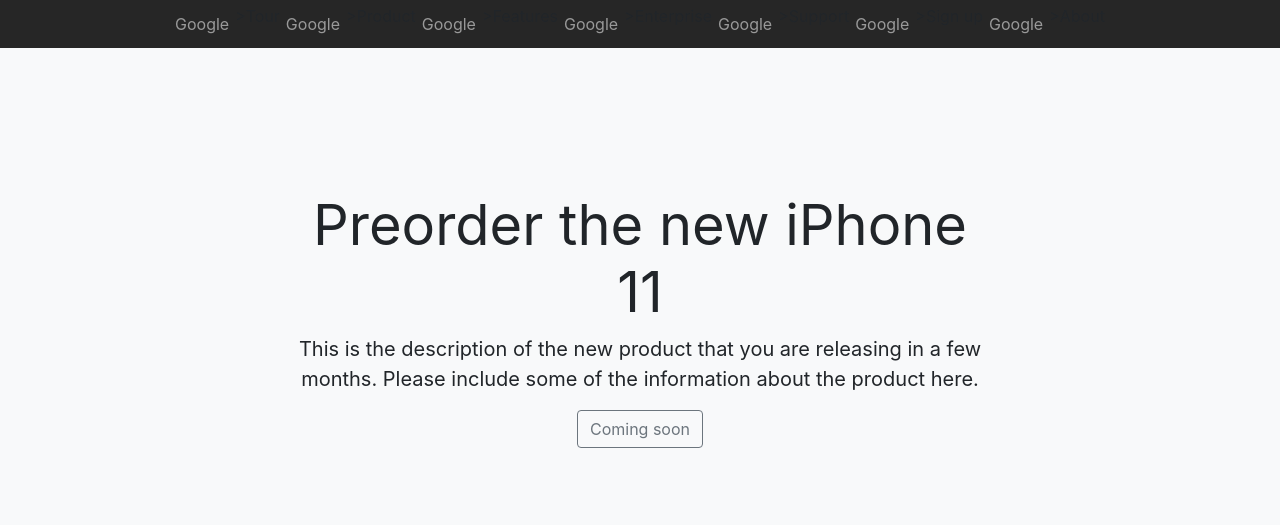
Repository: erickcintora/ErickCintoraWebsite
Page: LearnCS8-Twilio/index.html
The author's editor kept a record of every edit. The page is drawn from the files as they stood at one moment, then again after the next edit.
The browser window is 1280 px wide. The pictures show the whole page.

Above is the page before.

### LearnCS8-Twilio/index.html
<!doctype html>
<html lang="en">
  <head>
    <!-- Required meta tags -->
    <meta charset="utf-8">
    <meta name="viewport" content="width=device-width, initial-scale=1, shrink-to-fit=no">
    <meta name="description" content="Classic Style Electric Guitar">
    <meta name="author" content="862181007">

    <!-- Bootstrap CSS -->
    <link rel="stylesheet" href="https://stackpath.bootstrapcdn.com/bootstrap/4.5.2/css/bootstrap.min.css" integrity="sha384-JcKb8q3iqJ61gNV9KGb8thSsNjpSL0n8PARn9HuZOnIxN0hoP+VmmDGMN5t9UJ0Z" crossorigin="anonymous">

    <!-- Title of your Website -->
    <title>Fender Classic Vibe Telecaster</title>
    <link href="product.css" rel="stylesheet">
  </head>
  <body>
    <nav class="site-header sticky-top py-1">
    <!-- Top Menu Bar -->
    <div class="container d-flex flex-column flex-md-row justify-content-between">
        <a class="py-2 d-none d-md-inline-block" id="menu-item-1" href="https://google.com" target="_blank">Google</a>>Tour</a>
        <a class="py-2 d-none d-md-inline-block" id="menu-item-2" href="https://google.com" target="_blank">Google</a>>Product</a>
        <a class="py-2 d-none d-md-inline-block" id="menu-item-3" href="https://google.com" target="_blank">Google</a>>Features</a>
        <a class="py-2 d-none d-md-inline-block" id="menu-item-4" href="https://google.com" target="_blank">Google</a>>Enterprise</a>
        <a class="py-2 d-none d-md-inline-block" id="menu-item-5" href="https://google.com" target="_blank">Google</a>>Support</a>
        <a class="py-2 d-none d-md-inline-block" id="menu-item-6" href="https://google.com" target="_blank">Google</a>>Sign up</a>
        <a class="py-2 d-none d-md-inline-block" id="menu-item-7" href="https://google.com" target="_blank">Google</a>>About</a>
    </div>
</nav>
<!-- Main Header Section h1-->
<div class="position-relative overflow-hidden p-3 p-md-5 m-md-0 text-center bg-light">
    <div class="col-md-8 p-lg-5 mx-auto my-5">
        <h1 class="display-4 font-weight-normal">Preorder the new iPhone 11</h1>
        <p class="lead font-weight-normal">This is the description of the new product that you are releasing in a few months. Please include some of the information about the product here.</p>
        <a class="btn btn-outline-secondary" href="#">Coming soon</a>
    </div>
</div>
  </body>
</html>

### LearnCS8-Twilio/product.css
.container {
  max-width: 960px;
}

/*
 * Custom translucent site header
 */

.site-header {
  background-color: rgba(0, 0, 0, .85);
  -webkit-backdrop-filter: saturate(180%) blur(20px);
  backdrop-filter: saturate(180%) blur(20px);
}
.site-header a {
  color: #999;
  transition: ease-in-out color .15s;
}
.site-header a:hover {
  color: #fff;
  text-decoration: none;
}

/*
 * Dummy devices (replace them with your own or something else entirely!)
 */

.product-device {
  position: absolute;
  right: 10%;
  bottom: -30%;
  width: 300px;
  height: 540px;
  background-color: #333;
  border-radius: 21px;
  -webkit-transform: rotate(30deg);
  transform: rotate(30deg);
}

.product-device::before {
  position: absolute;
  top: 10%;
  right: 10px;
  bottom: 10%;
  left: 10px;
  content: "";
  background-color: rgba(255, 255, 255, .1);
  border-radius: 5px;
}

.product-device-2 {
  top: -25%;
  right: auto;
  bottom: 0;
  left: 5%;
  background-color: #e5e5e5;
}


/*
 * Extra utilities
 */

.flex-equal > * {
  -ms-flex: 1;
  flex: 1;
}
@media (min-width: 768px) {
  .flex-md-equal > * {
    -ms-flex: 1;
    flex: 1;
  }
}

.overflow-hidden { overflow: hidden; }

After the next edit:
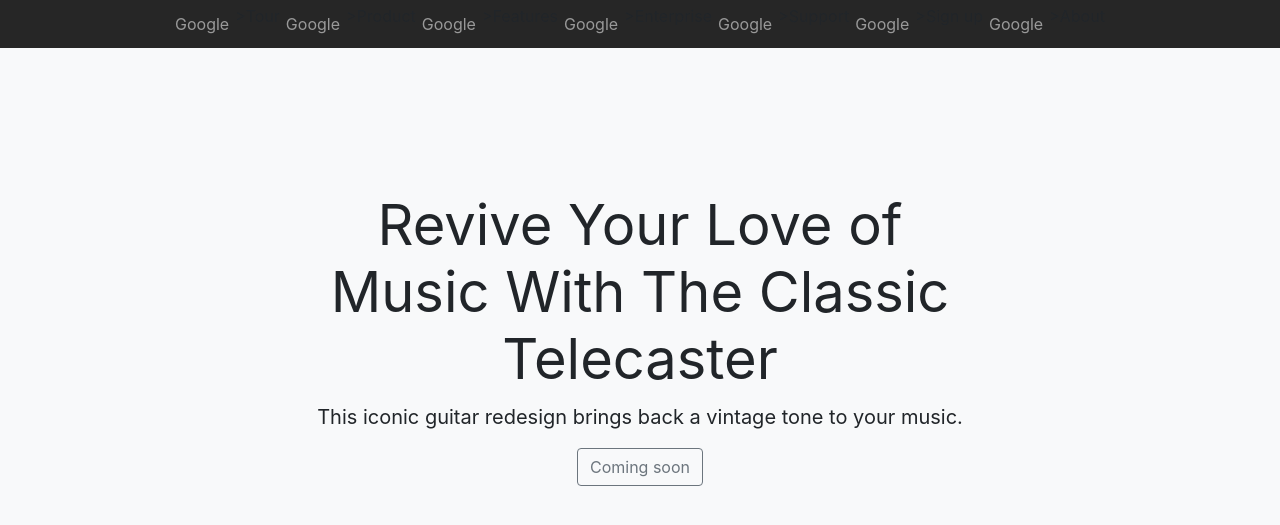
The edit:
--- a/LearnCS8-Twilio/index.html
+++ b/LearnCS8-Twilio/index.html
@@ -30,9 +30,9 @@
 <!-- Main Header Section h1-->
 <div class="position-relative overflow-hidden p-3 p-md-5 m-md-0 text-center bg-light">
     <div class="col-md-8 p-lg-5 mx-auto my-5">
-        <h1 class="display-4 font-weight-normal">Preorder the new iPhone 11</h1>
-        <p class="lead font-weight-normal">This is the description of the new product that you are releasing in a few months. Please include some of the information about the product here.</p>
-        <a class="btn btn-outline-secondary" href="#">Coming soon</a>
+        <h1 class="display-4 font-weight-normal">Revive Your Love of Music With The Classic Telecaster</h1>
+        <p class="lead font-weight-normal"> This iconic guitar redesign brings back a vintage tone to your music.</p>
+        <a class="btn btn-outline-secondary" href="https://youtu.be/Cdda8mvJgPg">Coming soon</a>
     </div>
 </div>
   </body>
